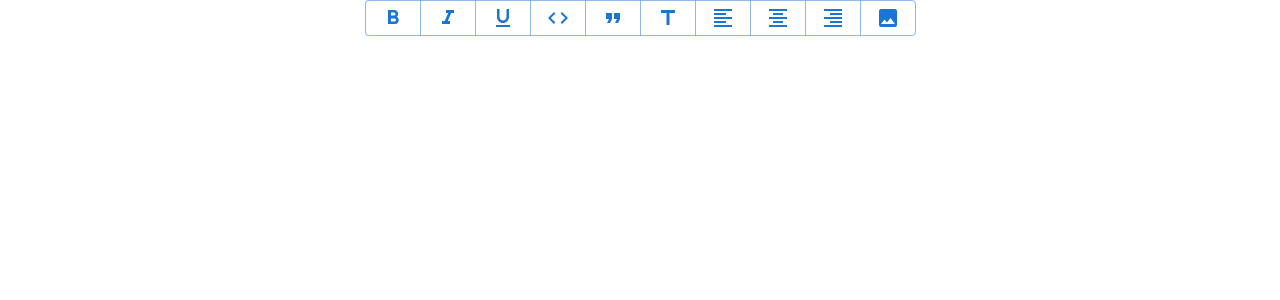
Repository: Judono/typedream_rich_text_editor_project
Page: /toolbar
The author's editor kept a copy of each file at every save. The page is drawn from the files as they stood at one save, then again after the next save.
The browser window is 1280 px wide. The pictures show the whole page.
The project was rebuilt for these pictures with package versions that can differ from the ones it lists, and the page was loaded fresh each time. The framework's server and built-in components were replaced by stand-ins that run in the browser. Also part of the build but not shown: next.config.js.

Above is the page before, as saved 2022-11-29 14:37:32.

After the next save:
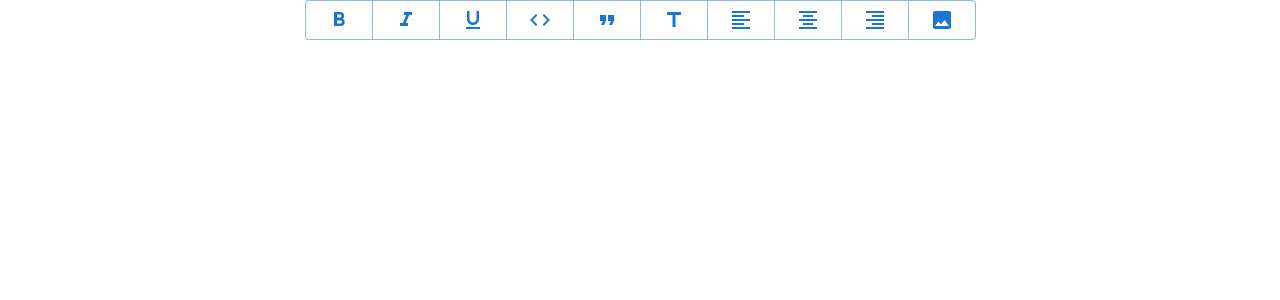
Saved 18 s later.
--- a/pages/toolbar.js
+++ b/pages/toolbar.js
@@ -19,7 +19,7 @@ const SlateToolbar = ({editor}) => {
   return (
 
     <div className={styles.toolbar}>
-        <ButtonGroup>
+        <ButtonGroup size='large'>
 
             {/* bold */}
             <Button onMouseDown={event => {
